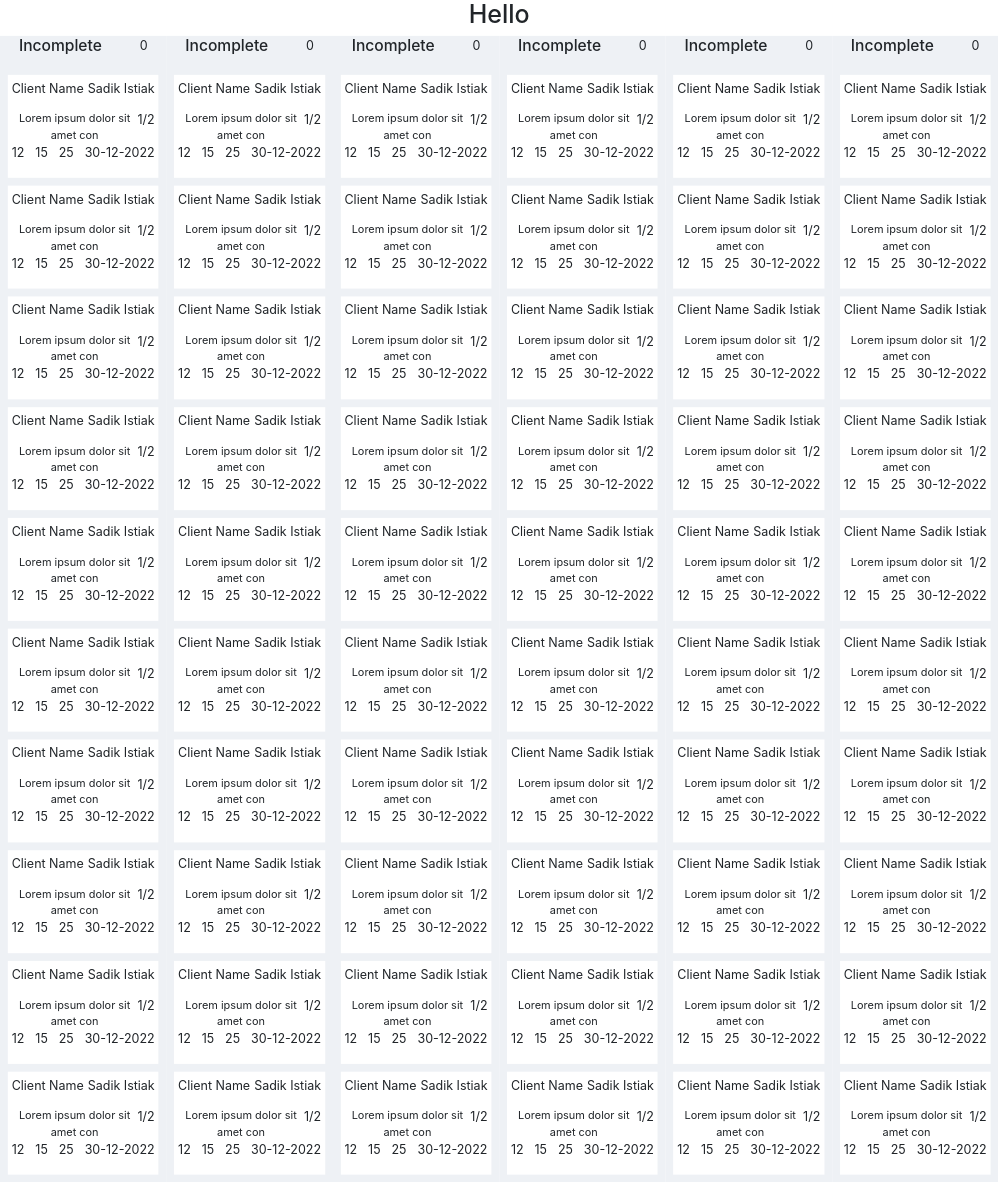
Repository: Sharif-00112/dashboard-task-frontend
Page: /
These files come from the project's save history. The page is drawn as it stood at one moment and after the next save; the edit follows.
The browser window is 1280 px wide. The pictures show the whole page, at 78% of full size.
The project was rebuilt for these pictures with package versions that can differ from the ones it lists, and the page was loaded fresh each time.

Above is the page before, as saved 2023-01-28 20:35:35.

### src/index.js
import React from 'react';
import 'bootstrap/dist/css/bootstrap.css';
import ReactDOM from 'react-dom/client';
import './index.css';
import App from './App';
import reportWebVitals from './reportWebVitals';

const root = ReactDOM.createRoot(document.getElementById('root'));
root.render(
  <React.StrictMode>
    <App />
  </React.StrictMode>
);

// If you want to start measuring performance in your app, pass a function
// to log results (for example: reportWebVitals(console.log))
// or send to an analytics endpoint. Learn more: https://bit.ly/CRA-vitals
reportWebVitals();

### src/App.js
import './App.css';
import Dashboard from './Components/Dashboard';

function App() {
  return (
    <div className="App">

      <h2>Hello</h2>
      <Dashboard></Dashboard>
    </div>
  );
}

export default App;

### src/Components/Dashboard.js
import React from 'react';
import Incomplete from './Incomplete';

const Dashboard = () => {
    return (
        <div className='dashboard'>
            <Incomplete></Incomplete>
            <Incomplete></Incomplete>
            <Incomplete></Incomplete>
            <Incomplete></Incomplete>
            <Incomplete></Incomplete>
            <Incomplete></Incomplete>
        </div>
    );
};

export default Dashboard;

### src/Components/Incomplete.js
import React, { useState } from 'react';
import { useEffect } from 'react';
import './styles.css';
import Task from './Task';

const Incomplete = () => {
    const [tasks, setTasks] = useState([]);
    useEffect( ()=> {
        fetch('./tasks.JSON')
        .then(res => res.json())
        .then(data => setTasks(data))
    } ,[])
    return (
        <div className='background'>
            <div className="task-title">
                <h5>Incomplete</h5>
                <p>0</p>
            </div>
            <div className="section-container">
                <div className="task-container">
                    {
                        tasks.map(task => <Task
                            key={task.taskNo}
                            task={task}
                        ></Task>)
                    }
                </div>
            </div>
        </div>
    );
};

export default Incomplete;

### src/Components/styles.css
.background{
    background-color: rgb(238, 241, 245);
}

.task-part{
    display: flex;
    justify-content: space-between;
}

.task-title{
    display: flex;
    justify-content: space-around;
    padding: 0px, 3px;
}

.task{
    background-color: white;
    margin: 10px;
    padding: 5px;
}

.dashboard{
    display: grid;
    grid-template-columns: 1fr 1fr 1fr 1fr 1fr 1fr;
}

### src/Components/Task.js
import React from 'react';
import './styles.css';

const Task = (props) => {
    const {clientName, clientImg, supervisorName, supervisorImg, taskSummary, progress, staff1Img, staff2Img, modules, message, attachment, date} = props.task;
    return (
        <div className='task'>
            <div className="task-part">
                <p>{clientName}</p>
                <p>{supervisorName}</p>
            </div>
            <div className="task-part">
                <small>{taskSummary.substring(0,30)}</small>
                <p>{progress}</p>
            </div>
            <div className="task-part">
                <p>{modules}</p>
                <p>{message}</p>
                <p>{attachment}</p>
                <p>{date}</p>
            </div>
        </div>
    );
};

export default Task;

### public/tasks.JSON
[
  {
    "taskNo": 1,
    "clientName": "Client Name",
    "clientImg": "clientIMG.jpg",
    "supervisorName": "Sadik Istiak",
    "supervisorImg": "supervisorIMG.jpg",
    "taskSummary": "Lorem ipsum dolor sit amet consectetur adipisicing elit. Pariatur velit nemo accusamus. Dolorum, doloribus quisquam unde repellat iusto voluptatum quasi?",
    "progress": "1/2",
    "staff1Img": "staff1.jpg",
    "staff2Img": "staff2.jpg",
    "modules": 12,
    "message": 15,
    "attachment": 25,
    "date": "30-12-2022"
  },
  {
    "taskNo": 2,
    "clientName": "Client Name",
    "clientImg": "clientIMG.jpg",
    "supervisorName": "Sadik Istiak",
    "supervisorImg": "supervisorIMG.jpg",
    "taskSummary": "Lorem ipsum dolor sit amet consectetur adipisicing elit. Pariatur velit nemo accusamus. Dolorum, doloribus quisquam unde repellat iusto voluptatum quasi?",
    "progress": "1/2",
    "staff1Img": "staff1.jpg",
    "staff2Img": "staff2.jpg",
    "modules": 12,
    "message": 15,
    "attachment": 25,
    "date": "30-12-2022"
  },
  {
    "taskNo": 3,
    "clientName": "Client Name",
    "clientImg": "clientIMG.jpg",
    "supervisorName": "Sadik Istiak",
    "supervisorImg": "supervisorIMG.jpg",
    "taskSummary": "Lorem ipsum dolor sit amet consectetur adipisicing elit. Pariatur velit nemo accusamus. Dolorum, doloribus quisquam unde repellat iusto voluptatum quasi?",
    "progress": "1/2",
    "staff1Img": "staff1.jpg",
    "staff2Img": "staff2.jpg",
    "modules": 12,
    "message": 15,
    "attachment": 25,
    "date": "30-12-2022"
  },
  {
    "taskNo": 4,
    "clientName": "Client Name",
    "clientImg": "clientIMG.jpg",
    "supervisorName": "Sadik Istiak",
    "supervisorImg": "supervisorIMG.jpg",
    "taskSummary": "Lorem ipsum dolor sit amet consectetur adipisicing elit. Pariatur velit nemo accusamus. Dolorum, doloribus quisquam unde repellat iusto voluptatum quasi?",
    "progress": "1/2",
    "staff1Img": "staff1.jpg",
    "staff2Img": "staff2.jpg",
    "modules": 12,
    "message": 15,
    "attachment": 25,
    "date": "30-12-2022"
  },
  {
    "taskNo": 5,
    "clientName": "Client Name",
    "clientImg": "clientIMG.jpg",
    "supervisorName": "Sadik Istiak",
    "supervisorImg": "supervisorIMG.jpg",
    "taskSummary": "Lorem ipsum dolor sit amet consectetur adipisicing elit. Pariatur velit nemo accusamus. Dolorum, doloribus quisquam unde repellat iusto voluptatum quasi?",
    "progress": "1/2",
    "staff1Img": "staff1.jpg",
    "staff2Img": "staff2.jpg",
    "modules": 12,
    "message": 15,
    "attachment": 25,
    "date": "30-12-2022"
  },
  {
    "taskNo": 6,
    "clientName": "Client Name",
    "clientImg": "clientIMG.jpg",
    "supervisorName": "Sadik Istiak",
    "supervisorImg": "supervisorIMG.jpg",
    "taskSummary": "Lorem ipsum dolor sit amet consectetur adipisicing elit. Pariatur velit nemo accusamus. Dolorum, doloribus quisquam unde repellat iusto voluptatum quasi?",
    "progress": "1/2",
    "staff1Img": "staff1.jpg",
    "staff2Img": "staff2.jpg",
    "modules": 12,
    "message": 15,
    "attachment": 25,
    "date": "30-12-2022"
  },
  {
    "taskNo": 7,
    "clientName": "Client Name",
    "clientImg": "clientIMG.jpg",
    "supervisorName": "Sadik Istiak",
    "supervisorImg": "supervisorIMG.jpg",
    "taskSummary": "Lorem ipsum dolor sit amet consectetur adipisicing elit. Pariatur velit nemo accusamus. Dolorum, doloribus quisquam unde repellat iusto voluptatum quasi?",
    "progress": "1/2",
    "staff1Img": "staff1.jpg",
    "staff2Img": "staff2.jpg",
    "modules": 12,
    "message": 15,
    "attachment": 25,
    "date": "30-12-2022"
  },
  {
    "taskNo": 8,
    "clientName": "Client Name",
    "clientImg": "clientIMG.jpg",
    "supervisorName": "Sadik Istiak",
    "supervisorImg": "supervisorIMG.jpg",
    "taskSummary": "Lorem ipsum dolor sit amet consectetur adipisicing elit. Pariatur velit nemo accusamus. Dolorum, doloribus quisquam unde repellat iusto voluptatum quasi?",
    "progress": "1/2",
    "staff1Img": "staff1.jpg",
    "staff2Img": "staff2.jpg",
    "modules": 12,
    "message": 15,
    "attachment": 25,
    "date": "30-12-2022"
  },
  {
    "taskNo": 9,
    "clientName": "Client Name",
    "clientImg": "clientIMG.jpg",
    "supervisorName": "Sadik Istiak",
    "supervisorImg": "supervisorIMG.jpg",
    "taskSummary": "Lorem ipsum dolor sit amet consectetur adipisicing elit. Pariatur velit nemo accusamus. Dolorum, doloribus quisquam unde repellat iusto voluptatum quasi?",
    "progress": "1/2",
    "staff1Img": "staff1.jpg",
    "staff2Img": "staff2.jpg",
    "modules": 12,
    "message": 15,
    "attachment": 25,
    "date": "30-12-2022"
  },
  {
    "taskNo": 10,
    "clientName": "Client Name",
    "clientImg": "clientIMG.jpg",
    "supervisorName": "Sadik Istiak",
    "supervisorImg": "supervisorIMG.jpg",
    "taskSummary": "Lorem ipsum dolor sit amet consectetur adipisicing elit. Pariatur velit nemo accusamus. Dolorum, doloribus quisquam unde repellat iusto voluptatum quasi?",
    "progress": "1/2",
    "staff1Img": "staff1.jpg",
    "staff2Img": "staff2.jpg",
    "modules": 12,
    "message": 15,
    "attachment": 25,
    "date": "30-12-2022"
  }
]

Loaded but not shown: public/index.html (common file); src/index.css (common file); src/reportWebVitals.js (common file); src/App.css (common file)

After the next save:
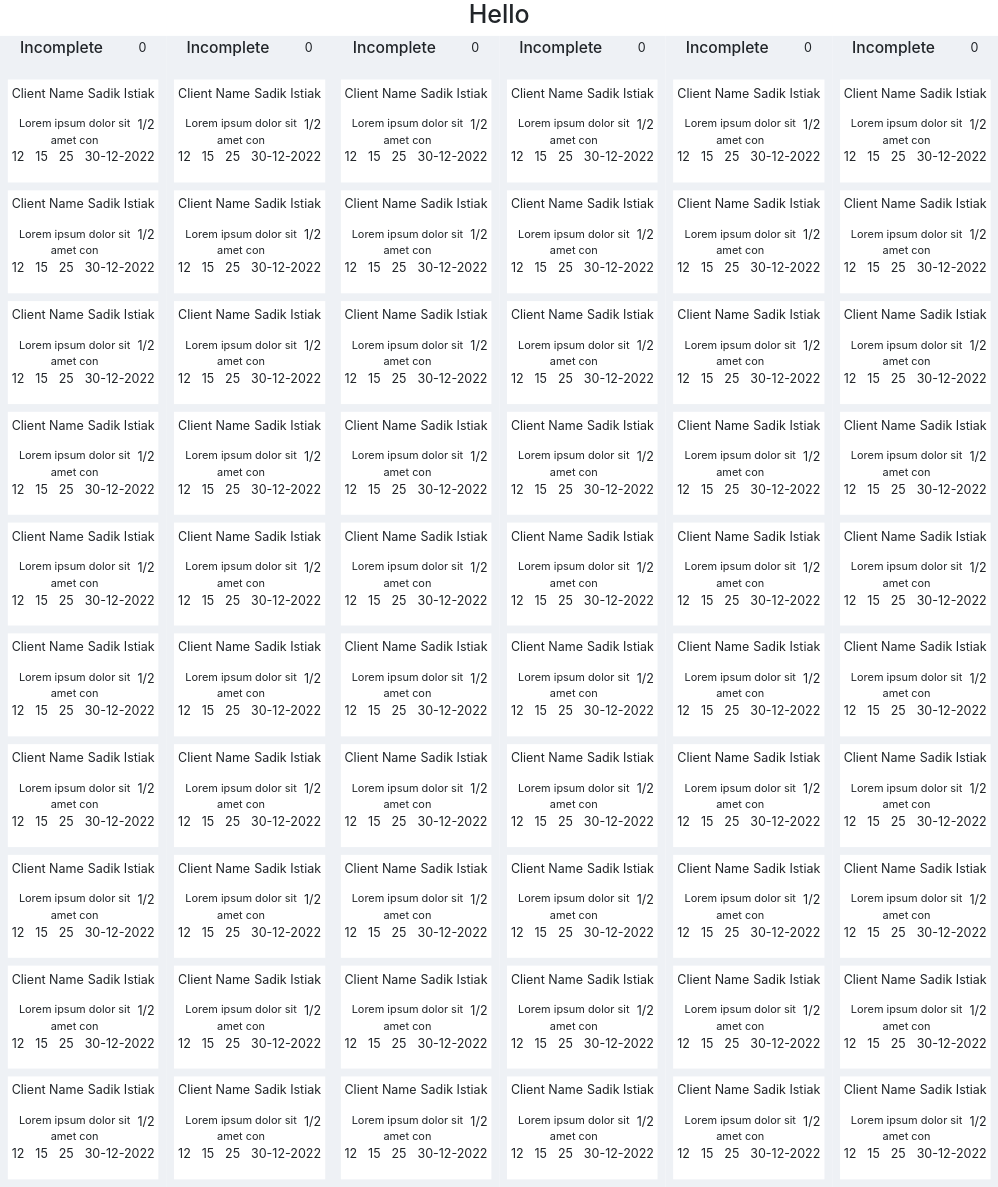
Saved 11 s later.
--- a/src/Components/styles.css
+++ b/src/Components/styles.css
@@ -10,7 +10,7 @@
 .task-title{
     display: flex;
     justify-content: space-around;
-    padding: 0px, 3px;
+    padding: 3px;
 }
 
 .task{
